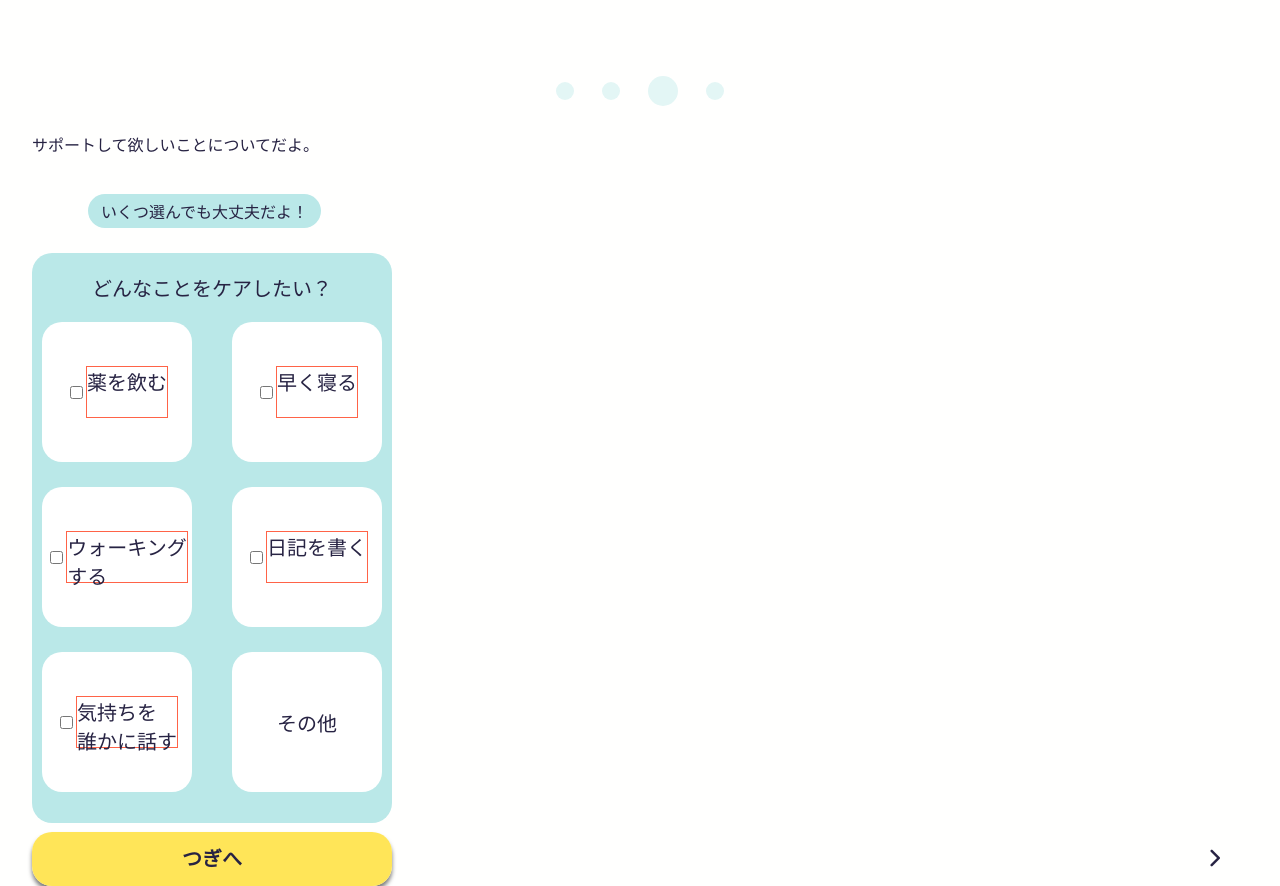
Repository: misaki0919/Self-care
Page: support.html
These files come from the project's save history. The page is drawn as it stood at one moment and after the next save; the edit follows.
The browser window is 1280 px wide. The pictures show the whole page.
Some web fonts or font styles are not loaded; a fallback is used.

Above is the page before, as saved 2026-07-19 11:57:40.

### support.html
<!DOCTYPE html>
<html lang="jp">
<head>
    <meta charset="UTF-8">
    <meta name="viewport" content="width=device-width, initial-scale=1.0">
    <title>サポートページ</title>
    <link href="css/support.css" rel="stylesheet">
    <link rel="preconnect" href="https://fonts.googleapis.com">
    <link rel="preconnect" href="https://fonts.gstatic.com" crossorigin>
    <link href="https://fonts.googleapis.com/css2?family=Archivo+Black&family=Noto+Serif+JP:wght@200..900&family=Zen+Maru+Gothic&display=swap" rel="stylesheet">
</head>
<body>
    <div class="circle_wrap">
        <div class="circle"></div>
        <div class="circle"></div>
        <div class="diffrent_circle"></div>
        <div class="circle"></div>
    </div>
    <p class="support">サポートして欲しいことについてだよ。</p>
    <p class="choose">いくつ選んでも大丈夫だよ！</p>
    <div class="wrap">
        <p class="care">どんなことをケアしたい？</p>
        <ul>
            <li>
                <input type="checkbox" id="todo1">
                    <label for="todo1">
                薬を飲む
                </label>
            </li>
            <li>
                <input type="checkbox" id="todo2">
                    <label for="todo2">
                早く寝る
                </label>
            </li>
            <li>
                <input type="checkbox" id="todo3">
                    <label for="todo3">
                ウォーキング<br>する
                </label>
            </li>
            <li>
                <input type="checkbox" id="todo4">
                    <label for="todo4">
                日記を書く
                </label>
            </li>
            <li>
                <input type="checkbox" id="todo5">
                    <label for="todo5">
                気持ちを<br>誰かに話す
                </label>
            </li>
            <li>
                <a href="time.html">その他</a>
            </li>
        </ul>
    </div>
    <div class="images-wrap">
        <a href="notice.html" class="next zen-maru-gothic-regular">つぎへ</a>
        <img class="images" src="images/next.png" alt="画像">
    </div>

</body>
</html>

### css/support.css
body{
    background-color: #FFFFFE;
    color: #272343;
    /* padding-left: 24px;
    padding-right: 24px; */
}
.zen-maru-gothic-regular {
    font-family: "Zen Maru Gothic", sans-serif;
    font-weight: 600;
    font-style: normal;
}
.circle_wrap{
    display: flex;
    justify-content: center;
    margin-top: 76px;
    gap: 28px;
    align-items: center;
    .diffrent_circle{
        width: 30px;
        height: 30px;
        background-color: #E3F6F5;
        border-radius: 50%;

    }
    .circle{
        width: 18px;
        height: 18px;
        background-color: #E3F6F5;
        border-radius: 50%;
        text-align: center;

    }
}
.support{
    font-size: 16px;
    margin: 26px 38px 0 0;
    margin-left: 24px;
}
.choose{
    font-size: 16px;
    background-color: #BAE8E8;
    border-radius: 20px;
    width: 233px;
    height: 34px;
    display: flex;
    justify-content: center;
    align-items: center;
    margin-left: 80px;
    margin-bottom: 25px;
    margin-top: 38px;
}
.wrap{
    margin: 0 24px;
    background-color: #BAE8E8;
    height: 570px;
    width: 340px;
    border-radius: 20px;
    margin-bottom: 20px;
    padding-left: 10px;
    padding-right: 10px;
    .care{
        font-size: 20px;
        text-align: center;
        padding-top: 20px;
    }
    ul{
        display: flex;
        justify-content: space-between;
        flex-wrap: wrap;
        padding:0;
        gap: 25px;


        li{
            background-color: #FFFFFF;
            display: flex;
            justify-content: center;
            border-radius: 20px;
            list-style: none;
            height: 140px;
            width: 150px;
            align-items: center;
            font-size: 20px;
            a{
                text-decoration: none;
                color: #272343;
            }

        }
        input[type="checkbox"] + label{
            border: solid 1px tomato;
            /* border: none; */
            height: 50px;
        }
    }


}




.next{
    margin-left: 24px;
    font-size: 20px;
    background-color: #FFE558;
    border-radius: 20px;
    padding: 16px 150px;
    text-align: center;
    text-decoration: none;
    color: #272343;
    box-shadow: #7b7b7b 0px 4px 4px 0px;
}
images-wrap{
    position: relative;
}
.images{
    width: 30px;
    position: absolute;
    right: 20px;
    /* background-color: tomato; */
    margin-right: 30px;
}

After the next save:
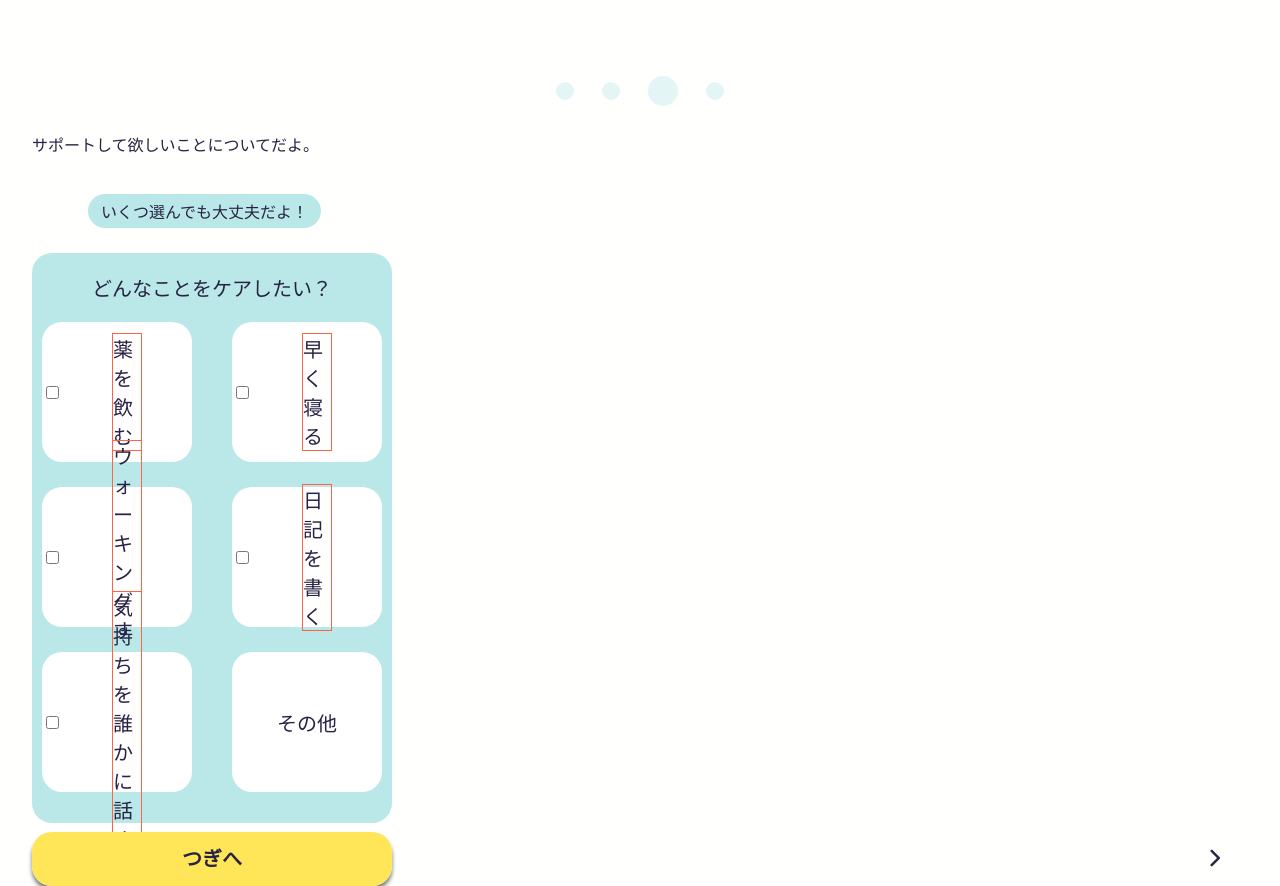
Saved 17 s later.
--- a/css/support.css
+++ b/css/support.css
@@ -90,7 +90,7 @@ body{
         input[type="checkbox"] + label{
             border: solid 1px tomato;
             /* border: none; */
-            height: 50px;
+            margin: 50px;
         }
     }
 
